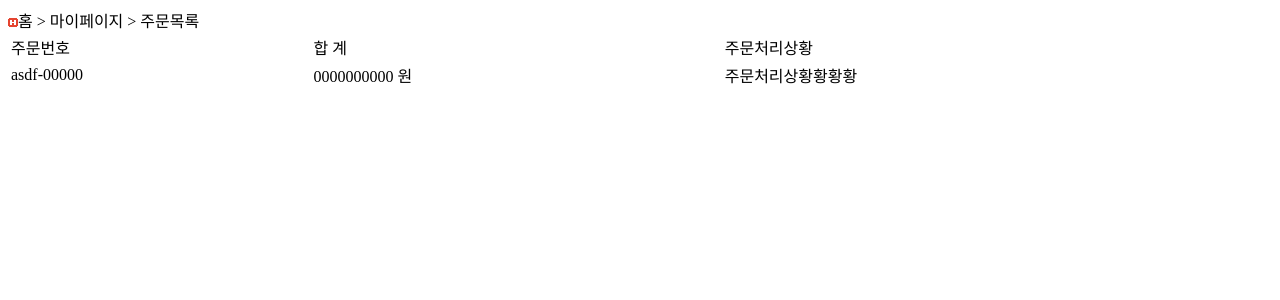
Repository: heeya90/ProjectShoppingMall
Page: http://localhost/ProjectShoppingMall/mypage/mypage_orderlist.jsp
An editor plug-in stored every save of this project. The page is shown before and after the next save, followed by the edit.
The browser window is 1280 px wide. The pictures show the whole page.
The page is served by Tomcat 9.

Above is the page before, as saved 2012-07-30 09:09:35.

### ProjectShoppingMall/WebContent/mypage/mypage_orderlist.jsp
<%@ page language="java" contentType="text/html; charset=EUC-KR"
    pageEncoding="EUC-KR"%>

	<div class="sub_loca">
		<img src="./img/icon_home.gif" alt="현재위치" />홈 > 마이페이지 > 주문목록
	</div>

	<table class="jw_normal_table" style="align:center; width:100%">
		<tr>
			<td class="jw_theader">
				<label class="jw_lbl_title">주문번호</label></td>
			<td class="jw_theader">
				<label class="jw_lbl_title">합  계</label></td>
			<td class="jw_theader">
				<label class="jw_lbl_title">주문처리상황</label></td>
		</tr>

		<tr>
			<td class="jw_td_center">
				<label>asdf-00000</label></td>
			<td class="jw_td_center">
				<label>0000000000</label>
				<label>원</label>
				</td>
			<td class="jw_td_center">
				<label>주문처리상황황황황</label></td>
		</tr>
	</table>

After the next save:
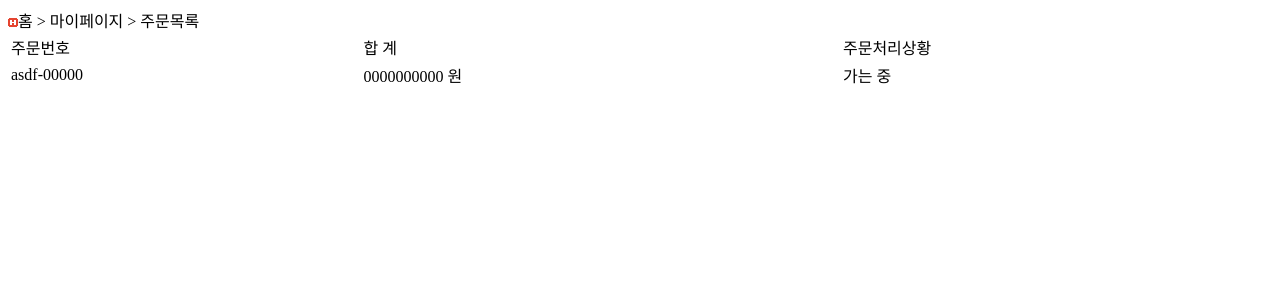
Saved 15 s later.
--- a/ProjectShoppingMall/WebContent/mypage/mypage_orderlist.jsp
+++ b/ProjectShoppingMall/WebContent/mypage/mypage_orderlist.jsp
@@ -23,6 +23,6 @@
 				<label>원</label>
 				</td>
 			<td class="jw_td_center">
-				<label>주문처리상황황황황</label></td>
+				<label>가는 중</label></td>
 		</tr>
 	</table>
